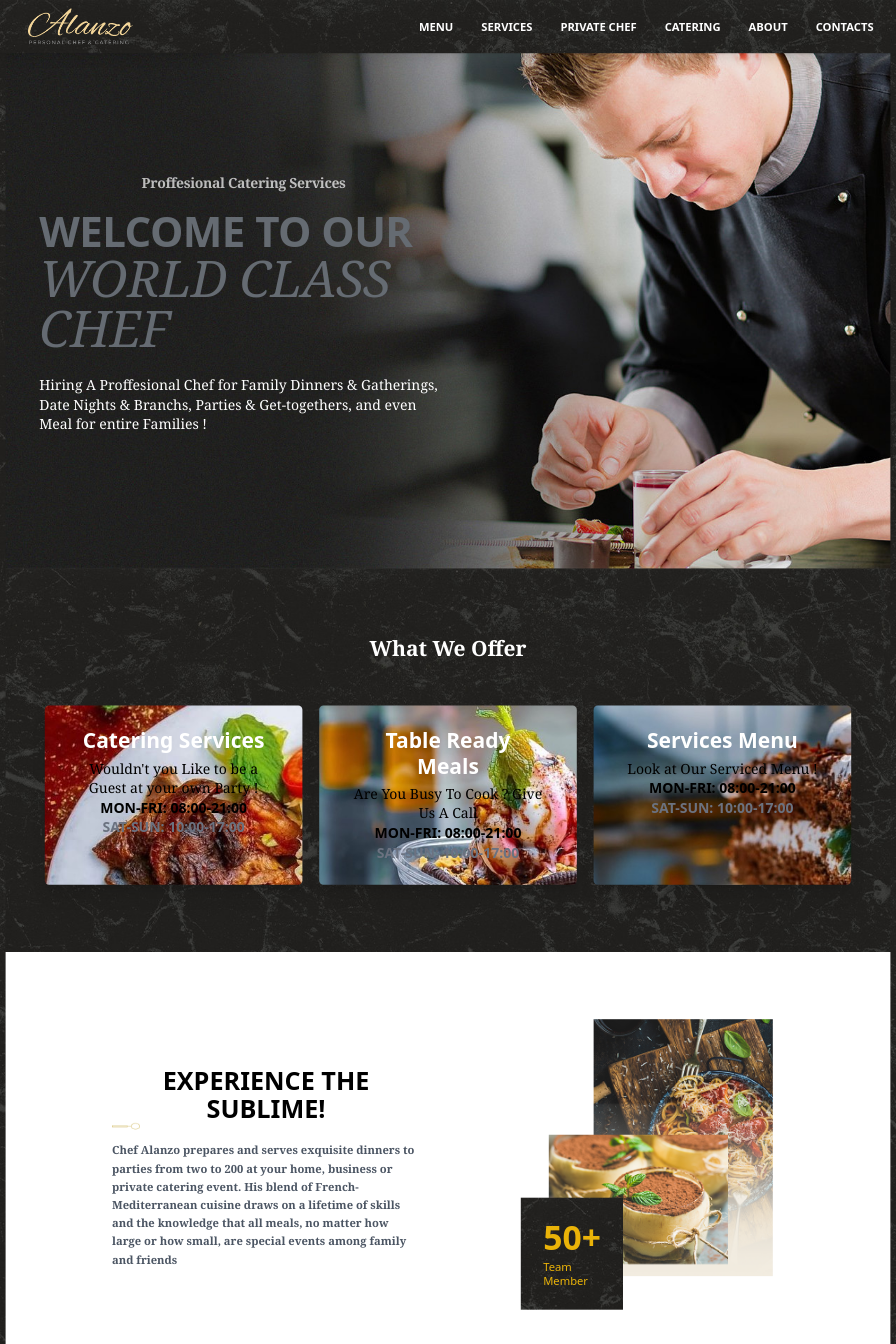
Repository: remydev47/alanzo
Page: /
These files come from the project's save history. The page is drawn as it stood at one moment and after the next save; the edit follows.
The browser window is 1280 px wide. The pictures show the part of the page from y = 0 to 1920 px (the page is 4843 px tall before and 4845 px after), at 70% of full size.
The project was rebuilt for these pictures with package versions that can differ from the ones it lists, and the page was loaded fresh each time. The framework's server and built-in components were replaced by stand-ins that run in the browser. Also part of the build but not shown: next.config.js, components/Menu.tsx, components/CTA.tsx, components/Footer.tsx.

Above is the page before, as saved 2022-12-17 13:53:43.

After the next save:
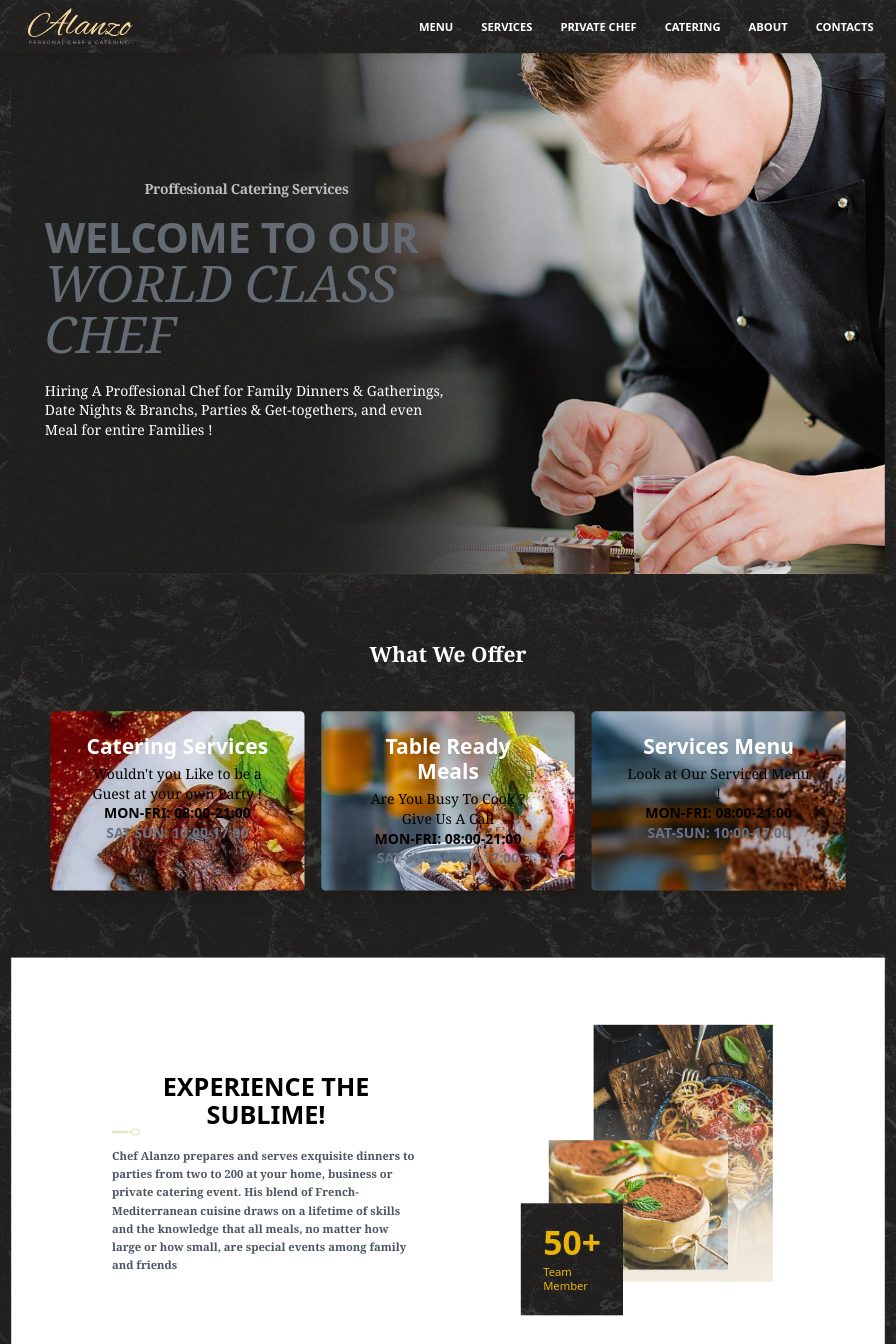
Saved 22 s later.
--- a/pages/index.tsx
+++ b/pages/index.tsx
@@ -13,7 +13,7 @@
         <link rel="icon" href="/favicon.ico" />
       </Head>
       <Navbar />
-      <div className='py-2 px-2'>
+      <div className='py-4 px-4'>
       <Hero />
       <Services />
       <Aboutus />
